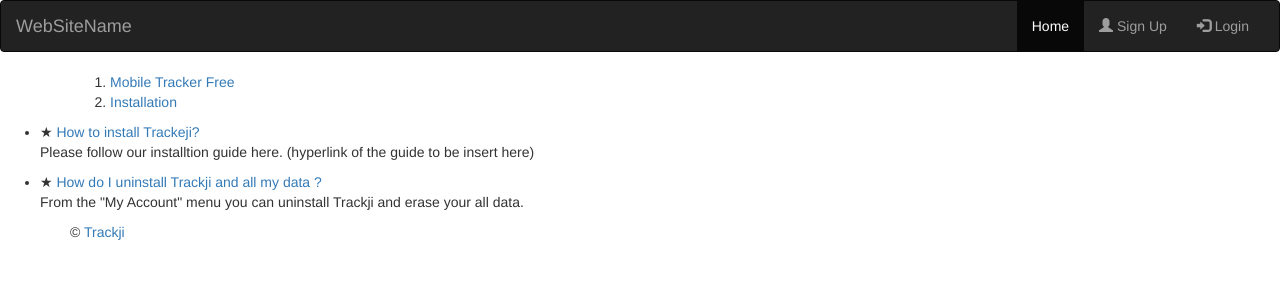
Repository: prathmeshgodbole/Web_Development
Page: Mobile_tracker/Installation.html
An editor plug-in stored every save of this project. The page is shown before and after a run of saves, followed by the edit.
The browser window is 1280 px wide. The pictures show the whole page.

Above is the page before, as saved 2020-03-08 17:46:06.

### Mobile_tracker/Installation.html
<!DOCTYPE html>
<html lang="en">

<head>
    <title>Bootstrap Example</title>
    <meta charset="utf-8">
    <meta name="viewport" content="width=device-width, initial-scale=1">
    <link rel="stylesheet" href="https://maxcdn.bootstrapcdn.com/bootstrap/3.4.1/css/bootstrap.min.css">
    <script src="https://ajax.googleapis.com/ajax/libs/jquery/3.4.1/jquery.min.js"></script>
    <script src="https://maxcdn.bootstrapcdn.com/bootstrap/3.4.1/js/bootstrap.min.js"></script>
</head>

<body>

    <nav class="navbar navbar-inverse">
        <div class="container-fluid">
            <div class="navbar-header">
                <button type="button" class="navbar-toggle" data-toggle="collapse" data-target="#myNavbar">
        <span class="icon-bar"></span>
        <span class="icon-bar"></span>
        <span class="icon-bar"></span>
      </button>
                <a class="navbar-brand" href="#">WebSiteName</a>
            </div>
            <div class="collapse navbar-collapse" id="myNavbar">

                <ul class="nav navbar-nav navbar-right">
                    <li class="active"><a href="#">Home</a></li>
                    <li><a href="#"><span class="glyphicon glyphicon-user"></span> Sign Up</a></li>
                    <li><a href="#"><span class="glyphicon glyphicon-log-in"></span> Login</a></li>
                </ul>
            </div>
        </div>
    </nav>



    <div class="container">

        <main role="main">
            <div class="section">

                <ol class="breadcrumbs">

                    <li title="Mobile Tracker Free">
                        <a href="/hc/en-us">Mobile Tracker Free</a>
                    </li>

                    <li title="Installation">
                        <a href="/hc/en-us/sections/360001124694-Installation">Installation</a>
                    </li>
                </ol>
            </div>

        </main>

    </div>



    <ul class="article-list">

        <li class="article-promoted">
            <span data-title="Promoted article">★</span>
            <a href="">How to install Trackeji?</a>
            <p>Please follow our installtion guide here. (hyperlink of the guide to be insert here)</p>
        </li>

        <li class="article-promoted">
            <span data-title="Promoted article">★</span>
            <a href="">How do I uninstall Trackji and all my data ?</a>
            <p>From the "My Account" menu you can uninstall Trackji and erase your all data.</p>
        </li>

    </ul>


    <!--/.container-->
    <footer class="footer container">
        <div class="container-inner">
            <p class="copyright">&copy; <a href=>Trackji</a></p>
        </div>
    </footer>



</body>

</html>

After the next 2 saves:
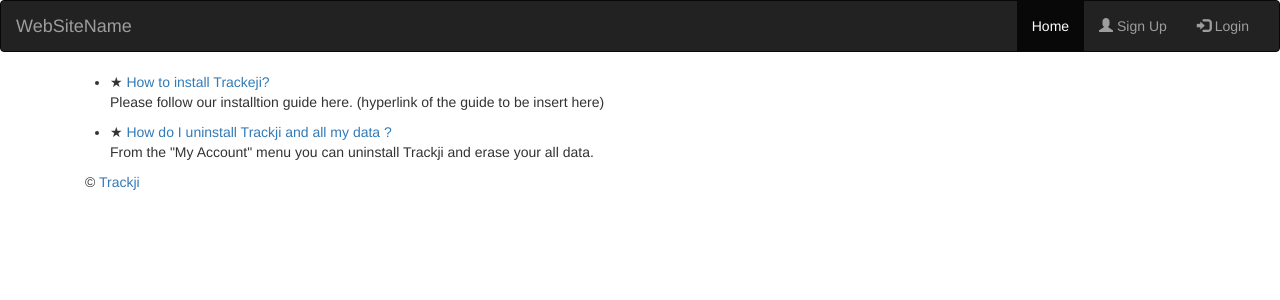
The 2 saves are shown as one change because they came seconds apart.
The last was saved 37 s later.
--- a/Mobile_tracker/Installation.html
+++ b/Mobile_tracker/Installation.html
@@ -37,50 +37,30 @@
 
     <div class="container">
 
-        <main role="main">
-            <div class="section">
 
-                <ol class="breadcrumbs">
+        <ul class="article-list">
 
-                    <li title="Mobile Tracker Free">
-                        <a href="/hc/en-us">Mobile Tracker Free</a>
-                    </li>
+            <li class="article-promoted">
+                <span data-title="Promoted article">★</span>
+                <a href="">How to install Trackeji?</a>
+                <p>Please follow our installtion guide here. (hyperlink of the guide to be insert here)</p>
+            </li>
 
-                    <li title="Installation">
-                        <a href="/hc/en-us/sections/360001124694-Installation">Installation</a>
-                    </li>
-                </ol>
-            </div>
+            <li class="article-promoted">
+                <span data-title="Promoted article">★</span>
+                <a href="">How do I uninstall Trackji and all my data ?</a>
+                <p>From the "My Account" menu you can uninstall Trackji and erase your all data.</p>
+            </li>
 
-        </main>
-
-    </div>
+        </ul>
 
 
-
-    <ul class="article-list">
-
-        <li class="article-promoted">
-            <span data-title="Promoted article">★</span>
-            <a href="">How to install Trackeji?</a>
-            <p>Please follow our installtion guide here. (hyperlink of the guide to be insert here)</p>
-        </li>
-
-        <li class="article-promoted">
-            <span data-title="Promoted article">★</span>
-            <a href="">How do I uninstall Trackji and all my data ?</a>
-            <p>From the "My Account" menu you can uninstall Trackji and erase your all data.</p>
-        </li>
-
-    </ul>
-
-
-    <!--/.container-->
-    <footer class="footer container">
-        <div class="container-inner">
-            <p class="copyright">&copy; <a href=>Trackji</a></p>
-        </div>
-    </footer>
+        <!--/.container-->
+        <footer class="footer container">
+            <div class="container-inner">
+                <p class="copyright">&copy; <a href=>Trackji</a></p>
+            </div>
+        </footer>
 
 
 
